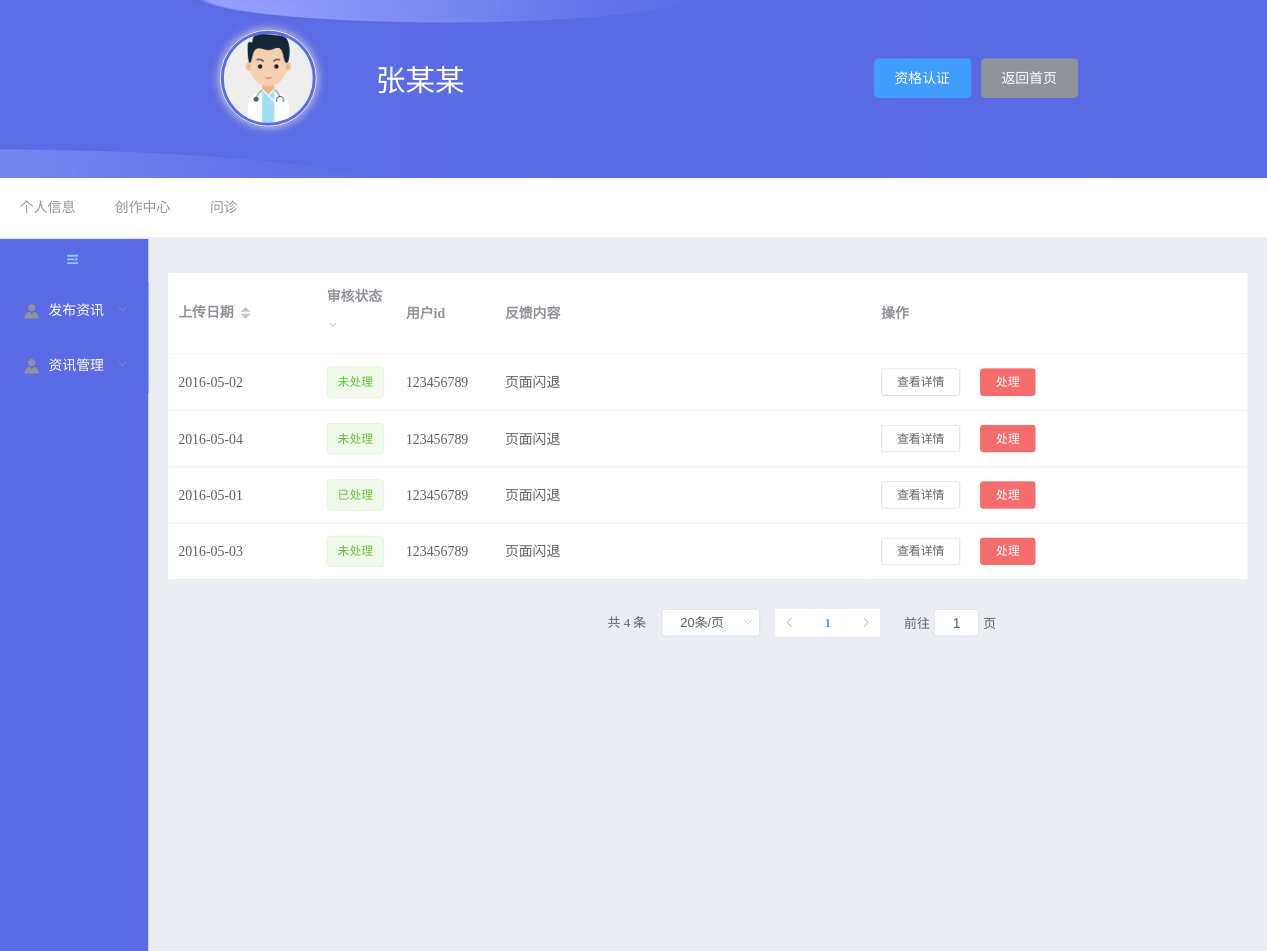
Repository: DiscreteL/SOA_Front
Page: /#/manageArticle
These files come from the project's save history. The page is drawn as it stood at one moment and after the next save; the edit follows.
The browser window is 1280 px wide. The pictures show the whole page, at 99% of full size.
The project was rebuilt for these pictures with package versions that can differ from the ones it lists, and the page was loaded fresh each time. Also part of the build but not shown: vue.config.js, src/components/navigation.vue, src/components/dialog.vue, src/views/news.vue, src/components/announcement.vue, src/components/patientKnow.vue, src/views/Home.vue, src/views/login.vue and 15 more.

Above is the page before, as saved 2021-11-29 12:36:32.

### src/main.js
import Vue from 'vue'
import App from './App.vue'
import router from './router'
import store from './store'
import ElementUI from 'element-ui';
import 'element-ui/lib/theme-chalk/index.css';
import instance_ from "@/utils/api";

Vue.use(ElementUI);

Vue.config.productionTip = false

Vue.prototype.instance = instance_

new Vue({
  router,
  store,
  render: h => h(App)
}).$mount('#app')

router.beforeEach((to, from, next) => {
  /* 路由发生变化修改页面title */
  if (to.meta.title) {
      document.title = to.meta.title
  }
  next()
})

### src/App.vue
<template>
  <div id="app">
    <router-view/>
  </div>
</template>

<style lang="less" scoped>
</style>

<script>
export default {
  name: 'app'
}
</script>

### src/utils/api.js
//输出通用axios实例
import axios from 'axios';
axios.defaults.withCredentials = false

const instance = axios.create({
  timeout: 10000,
   headers: {
    'Content-Type': "multipart/form-data;charset=utf-8",
  }
});

export default {
  //GqvbYer04485869e6b5acbed4ed10dfd79468f6d84577b1

   diseaseList (data) {
     return instance.get("https://api.apishop.net/common/disease/queryDiseaseList?apiKey=GqvbYer04485869e6b5acbed4ed10dfd79468f6d84577b1&page=1&pageSize=50", data);
   },
   diseaseInfo(data){
    return instance.get("https://api.apishop.net/common/disease/queryDiseaseInfo?apiKey=GqvbYer04485869e6b5acbed4ed10dfd79468f6d84577b1&diseaseID="+data);
   }


//   allUser () {
//     return instance.post('/api/user');
//   },
//   allProduct () {
//    return instance.post('/api/product')
//   },
//   upload (data) {
//     return instance.post('/api/upload',data)
//   },
//   regist (data){
//   	return instance.post('/api/createOrUpdateUser',data)
//   }
};

### src/views/doctor/messageCenter.vue
<template>
  <div class="home_container">
    <UserHomeNav2></UserHomeNav2>
    <!--页面主体区-->
    <el-container>
      <!--侧边栏-->
      <el-aside :width="isCollapse ? '64px' : '150px'">
        <div class="toggle-button" @click="toggleCollapse">
          <div v-if="this.isCollapse == true">
            <i class="el-icon-s-fold"></i>
          </div>
          <div v-else>
            <i class="el-icon-s-unfold"></i>
          </div>
        </div>
        <el-menu
          background-color="#5b6be5"
          text-color="#fff"
          active-text-color="#409EFF"
          :collapse="isCollapse"
          :collapse-transition="false"
          :router="true"
          :default-active="activePath"
        >
          <!-- :unique-opened="true"->只允许展开一个菜单 -->
          <!-- :collapse-transition="false" -> 关闭动画 -->
          <!-- router -> 导航开启路由模式 -->
          <el-submenu index="1">
          <!-- 一级菜单模板 -->
          <template slot="title">
            <i class="el-icon-s-custom"></i>
            <span>发布资讯</span>
          </template>
            <el-menu-item index="/uploadArticle" @click="saveNavState('/uploadArticle')">
              <i class="el-icon-date" style="color: #dcdcdc"></i>
              <span slot="title">发布文章</span>
            </el-menu-item>
            <el-menu-item index="/uploadVideo" @click="saveNavState('/uploadVideo')">
              <i class="el-icon-date" style="color: #dcdcdc"></i>
            <span slot="title">上传视频</span>
            </el-menu-item>
          </el-submenu>
          <el-submenu index="2">
          <!-- 一级菜单模板 -->
          <template slot="title">
            <i class="el-icon-s-custom"></i>
            <span>资讯管理</span>
          </template>
            <el-menu-item index="/manageArticle" @click="saveNavState('/manageArticle')">
              <i class="el-icon-date" style="color: #dcdcdc"></i>
              <span slot="title">文章管理</span>
            </el-menu-item>
            <el-menu-item index="/manageVideo" @click="saveNavState('/manageVideo')">
              <i class="el-icon-date" style="color: #dcdcdc"></i>
            <span slot="title">视频管理</span>
            </el-menu-item>
          </el-submenu>
        </el-menu>
      </el-aside>
      <!--右侧主体区-->
      <el-main>
        <router-view></router-view>
      </el-main>
    </el-container>
  </div>
</template>

<script>
import UserHomeNav2 from "@/components/userhomenav2.vue";

export default {
  name: "messageCenter",
  components: {
    UserHomeNav2,
  },
  data() {
    return {
      // 默认不折叠
      isCollapse: false,
      // 被激活导航地址
      activePath: "",
    };
  },
  created() {
    this.activePath = window.sessionStorage.getItem("activePath");
  },
  methods: {
    toggleCollapse() {
      this.isCollapse = !this.isCollapse;
    },
    saveNavState(activePath) {
      window.sessionStorage.setItem("activePath", activePath);
      this.activePath = activePath;
    },
  },
};
</script>

<style lang="less" scoped>
html,
body {
  width: 100%;
  height: 100%;
  margin: 0px;
  padding: 0px;
}
.home_container{
    height: 100vh;
}
.el-container{
    height: 100%;
}
.el-aside {
  background-color: #5b6be5;
  .el-menu {
    border-right: none;
  }
}
.el-main {
  background-color: #eaedf1;
}
.toggle-button {
  background-color: #5b6be5;
  font-size: 15px;
  line-height: 24px;
  color: #87cefa;
  text-align: center;
  letter-spacing: 0.2em;
  cursor: pointer;
  padding: 10px;
}
.logo_box {
  height: 60px;
  width: 60px;
  border: 5px #53868b;
  border-radius: 50%; /* 圆角 */
  position: relative;
  margin: 30px;
}
.port_box img {
  width: 100%;
  height: 100%;
  border-radius: 50%; /* 圆角 */
  background-color: #53868b;
}
</style>

### src/views/doctor/message/manageArticle.vue
<template>
  <div class="reportForm">
    <div class="form" style="margin-top: 15px">
      <el-table
        ref="filterTable"
        :data="
          tableData.slice((currentPage - 1) * pageSize, currentPage * pageSize)
        "
        style="width: 100%"
      >
        <el-table-column
          prop="date"
          label="上传日期"
          sortable
          width="150"
          column-key="date"
        >
        </el-table-column>
        <el-table-column
          prop="status"
          label="审核状态"
          width="80"
          :filters="[
            { text: '等待审核', value: '等待审核' },
            { text: '通过审核', value: '通过审核' },
            { text: '未通过审核', value: '未通过审核' },
          ]"
          :filter-method="filterStatus"
          filter-placement="bottom-end"
        >
          <template slot-scope="scope">
            <el-tag
              :type="scope.row.status === '未通过审核' ? 'warning' : 'success'"
              disable-transitions
            >
              {{ scope.row.status }}
            </el-tag>
          </template>
        </el-table-column>
        <el-table-column prop="id" label="用户id" width="100">
        </el-table-column>
        <el-table-column
          prop="content"
          label="反馈内容"
          :show-overflow-tooltip="true"
        >
        </el-table-column>
        <el-table-column label="操作">
          <el-button size="mini" @click="dialogTableVisible = true"
            >查看详情</el-button
          >
          <el-dialog title="反馈信息" :visible.sync="dialogTableVisible">
            <el-descriptions direction="vertical" :column="4" border>
              <el-descriptions-item label="用户id">123456789</el-descriptions-item>
              <el-descriptions-item label="反馈时间">2016-05-02</el-descriptions-item>
              <el-descriptions-item label="反馈内容"
                >页面闪退</el-descriptions-item
              >
              <el-descriptions-item label="处理结果"
                >NULL</el-descriptions-item
              >
            </el-descriptions>
          </el-dialog>
          <el-button
            size="mini"
            type="danger"
            style="margin-left: 20px"
            @click="dialogFormVisible = true"
            >处理</el-button
          >
          <el-dialog title="反馈处理" :visible.sync="dialogFormVisible">
            <el-form :model="form">
              <el-form-item label="处理结果" :label-width="formLabelWidth">
                <el-input v-model="form.reply" autocomplete="off"></el-input>
              </el-form-item>
            </el-form>
            <div slot="footer" class="dialog-footer">
              <el-button @click="dialogFormVisible = false">取 消</el-button>
              <el-button type="primary" @click="dialogFormVisible = false">确 定</el-button>
            </div>
          </el-dialog>
        </el-table-column>
      </el-table>
    </div>
    <div class="block">
      <el-pagination
        align="center"
        @size-change="handleSizeChange"
        @current-change="handleCurrentChange"
        :current-page="currentPage"
        :page-sizes="[1, 5, 10, 20]"
        :page-size="pageSize"
        layout="total, sizes, prev, pager, next, jumper"
        :total="tableData.length"
      >
      </el-pagination>
    </div>
  </div>
</template>

<script>
export default {
  data() {
    return {
      tableData: [
        {
          date: "2016-05-02",
          status: "未处理",
          id: '123456789',
          content: '页面闪退'
        },
        {
          date: "2016-05-04",
          status: "未处理",
          id: '123456789',
          content: '页面闪退'
        },
        {
          date: "2016-05-01",
          status: "已处理",
          id: '123456789',
          content: '页面闪退'
        },
        {
          date: "2016-05-03",
          status: "未处理",
          id: '123456789',
          content: '页面闪退'
        },
      ],
      dialogTableVisible: false,
      dialogFormVisible: false,
      currentPage: 1, // 当前页码
      total: 20, // 总条数
      pageSize: 20, // 每页的数据条数
      form: {
          reason: '',
          region: 0,
          delivery: false
        },
        formLabelWidth: '120px'
    };
  },
  methods: {
    filterHandler(value, row, column) {
      const property = column["property"];
      return row[property] === value;
    },
    filterStatus(value, row) {
      return row.status === value;
    },
    //每页条数改变时触发 选择一页显示多少行
    handleSizeChange(val) {
      console.log(`每页 ${val} 条`);
      this.currentPage = 1;
      this.pageSize = val;
    },
    //当前页改变时触发 跳转其他页
    handleCurrentChange(val) {
      console.log(`当前页: ${val}`);
      this.currentPage = val;
    },
  },
};
</script>

<style scoped>
.reportForm {
  width: 100%;
  display: flex;
  flex-direction: column;
}
.form {
  float: left;
  width: 100%;
}
.el-table .warning-row {
  background: oldlace;
}

.el-table .success-row {
  background: #f0f9eb;
}
.block {
  float: left;
  width: 100%;
  position: fixed;
  bottom: 75px;
}
</style>

### src/components/userhomenav2.vue
<template>
  <div class="container">
    <div class="head">
      <div class="background">
        <img src="@/assets/back.jpg" alt="" width="100%" height="100%" />
      </div>
      <div class="headmain">
        <div class="left">
          <!-- 头像部分 -->
          <div class="port_box">
            <img src="../assets/docPort.png" />
          </div>

          <!-- 个人信息部分 -->
          <div
            class="Info"
            style="color: white; font-size: 30px; font-family: 宋体"
          >
            {{ userName }}<br />
          </div>
        </div>
        <div>
            <el-button type="primary" @click="certify">资格认证</el-button>
          <el-button type="info" @click="returnhome">返回首页</el-button>
        </div>
      </div>
    </div>
    <div class="navBar">
      <el-menu
        :default-active="this.$route.path"
        class="el-menu-demo"
        router
        mode="horizontal"
        active-text-color="#409EFF"
      >
        <el-menu-item v-for="(item, i) in navList" :key="i" :index="item.name">
          {{ item.navItem }}
        </el-menu-item>
      </el-menu>
    </div>
    <div></div>
  </div>
</template>

<script>
export default {
  name: "UserHomeNav2",
  data() {
    return {
      //   userID: window.sessionStorage.getItem("id"),
      userName: "张某某",
      navList: [
        { name: "/userHome2", navItem: "个人信息" },
        { name: "/messageCenter", navItem: "创作中心" },
        { name: "/consult", navItem: "问诊" },
        // { name: "/help", navItem: "帮助中心" },
      ],
    };
  },
  methods: {
    returnhome(){
      this.$router.push("/home");
    },
    certify(){

    }
  },
};
</script>

<style scoped>
.head {
  height: 180px;
  width: 100%;
}
.background {
  width: 100%;
  height: 180px;
  z-index: -1;
  position: absolute;
}
.headmain {
  display: flex;
  justify-content: space-around;
  align-items: center;

}
.left {
  display: flex;
  align-items: center;
}
.port_box {
  height: 90px;
  width: 90px;
  border: 1px solid #eee;
  border-radius: 50%; /* 圆角 */
  padding: 3px; /*图片和边框之间的间距 */
  box-shadow: 0 0 10px #ddd; /*阴影 */
  position: relative;
  margin: 30px;
}
.port_box img {
  width: 100%;
  height: 100%;
  border-radius: 50%; /* 圆角 */
  background-color: #eee;
}

.Info {
  text-align: left;
  font: 15px "Microsoft YaHei";
  margin: 30px;
  position: relative;
}
</style>

### src/axios/url.js
import patient from './modules/patient';
import alluser from './modules/alluser';
import doctor from './modules/doctor';
import admin from './modules/admin';
export default {
    patient,
    alluser,
    doctor,
    admin,
};

### src/axios/request.js
import axios from './axios';
export default {
  // get请求
  get(url, param) {
    return new Promise((resolve, reject) => {
      axios({
        method: 'get',
        url,
        params: param
      })
        .then((res = {}) => {
          if (res.code !== '200') reject(res);
          resolve(res);
        })
        .catch(_ => {
          reject(_)});
    });
  },
  // post请求
  post(url, param) {
    return new Promise((resolve, reject) => {
      axios({
        method: 'post',
        url,
        data: param,
      })
        .then((res = {}) => {
          if (res.code !== '200') reject(res);
          resolve(res);
        })
        .catch(_ => reject(_));
    });
  },
};

### src/axios/modules/patient.js
export default {
    getDocListData:'/Patient/GetDoctorList',
    getDrugData:'/Patient/GetDrugInforList',
    getHosData:'/Patient/GetHospitalList',
    getNoticeData:'/Patient/GetNoticeList',
    getDiseaseData:'/Patient/GetDiseaseList',
    patientLogin:'/Patient/Login',
    doctorLogin:'/Doctor/Login',
    patientRegister:'/Patient/Register',
    doctorRegister:'/Doctor/Register',
    postReservationData:'/Patient/PostReservation',
    sendAcidForm:'/Patient/PostAppOfNuc',
    sendOffineReservation:'/Patient/PostOfflineApp',
    getCart:'/Patient/GetCart',
    clearCart:'/Patient/EmptyCart',
    addCart:'/Patient/AddDrug',
    getDocInfoData:'/Patient/GetDoctor',
    getDrugsIncludedListData:'/Patient/GetIncludeList',
    postRateData:'/Patient/PostRating',
    getPreData:'/Patient/GetPre',
    getDiseaseListData:'/Patient/GetDiseaseList',//存在重复
    getDepartmentListData:'/Patient/GetDepartmentList',//存在重复
    getPatientInfo:'/Patient/GetPatiInfor',
    postAutoAddData:'/Patient/AutoAddDrug',
    getDrugListData:'/Patient/GetDrugInforList',//存在重复
    getLocalImg:'/Patient/GetImg',
    getNAT:'/Patient/GetAppsOfNuc',
    postNoticeData:'/Admin/PostNotice',
    deleteNotice:'/Admin/DeleteNotice',
    getPaiIno:'/Patient/GetPatient',
    getOfflineApp:'/Patient/GetOfflineAppList',
    getReservations:'/Patient/GetReservations',
    getPatiBMI:'/Patient/GetPatiInfor',
    getHospital:'/Patient/GetHospital',
    getPreData:'/Patient/GetPre',
    postPaiIno:'/Patient/ModInfor',
    postUpdateReservation:'Patient/UpdateReservation',
    postRectifyOfflineApp:'/Patient/RectifyOfflineApp',
    postRectifyNucleicApp:'/Patient/RectifyNucleicApp',
    updateReservationData:'/Patient/UpdateReservation',
    getDoctorData:'/Doctor/GetDoctor',
    getRecordsData:'/Doctor/GetReservationLists',
    getCompletedRecordsData:'/Doctor/GetRecords'
  };

### src/axios/modules/alluser.js
export default{
    sendChatMes:'/Base/PostChat',
    getChatMes:'/Base/GetChat'
};

### src/axios/modules/doctor.js
export default {
    getPatientInfoData:'/Doctor/GetPatient',
    postPreData:'/Doctor/PostPre',
    postMedicineIncludedData:'/Doctor/PostInclude',
    postReportData:'/Doctor/PostReport',
    getDocIno:'/Doctor/GetDoctor',
};

### src/axios/modules/admin.js
export default {
    getReportListData:'/Admin/GetReportForms',
    getNoticeListData:'/Admin/GetNoticeList',
    postNoticeData:'/Admin/PostNotice'
}

### src/axios/axios.js
import axios from 'axios';
import router from '../router';
import Vue from 'vue';
import qs from 'qs';
//import store from '../store/index';

//import Storage from '../utils/storages';


// 错误状态码处理提示
class MessageTip extends Vue {
  static messageTipInstance = null;
  messageTip = null;

  static instance() {
    if (!this.messageTipInstance) {
      this.messageTipInstance = new MessageTip();
    }
    this.messageTipInstance;
  }

  // 提示信息
  msgInfo(msg) {
    this.messageTip && this.messageTip.close();
    this.messageTip = this.$message({
      showClose: true,
      message: msg,
      type: 'error',
      center: true
    });
  }

  // 错误信息
  errorInfo(errorCode) {
    this.messageTip && this.messageTip.close();
    let msg = '';
    switch (errorCode) {
      case '400':
        msg = '请求错误';
        break;
      case '401':
        msg = '登录会话过期，请重新登录';
        break;
      case '403':
        msg = '拒绝访问';
        break;
      case '404':
        msg = '请求地址出错';
        break;
      case '408':
        msg = '请求超时';
        break;
      case '500':
        msg = '服务器内部错误';
        break;
      case '501':
        msg = '服务器未实现';
        break;
      case '502':
        msg = '网络错误';
        break;
      case '503':
        msg = '服务不可用';
        break;
      case '504':
        msg = '网关超时';
        break;
      case '505':
        msg = 'HTTP版本不受支持';
        break;
    }
    this.messageTip = this.$message({
      showClose: true,
      message: msg,
      type: 'error',
      center: true
    });
  }
}

const messageTip = new MessageTip();

axios.defaults.headers.post['Content-Type'] = 'application/json';

axios.defaults.withCredentials = true;
axios.defaults.baseURL = '/api';
axios.defaults.timeout = 5000;
// 请求拦截器
axios.interceptors.request.use(
  config => {
    if(config.method === 'post') {
      config.data = qs.stringify(config.data)
      config.url += '?' + config.data
    }
    else {
      config.params = qs.stringify(config.params)
      config.url += '?' + config.params
    }
    //config.headers.token = localStorage.getItem('$token_info');
    return config;
  },
  error => {
    return Promise.reject(error);
  }
);

// 响应拦截器
axios.interceptors.response.use(
  response => {
    response.data = {
      result:response.data,
      code:`${response.status}`
    }
    if (response && response.data && response.data.code !== '200') {
      response.data.msg && messageTip.msgInfo(response.data.msg);
      console.log(response)
      return Promise.reject(response.data);
    }
    return response.data;
  },
  error => {
    console.log(error)
    console.log(error.response)
    if (
      error &&
      error.response &&
      error.response.status &&
      messageTip.errorInfo(error.response.status)
    ) {
      return Promise.reject(error);
    }
  }
);
export default axios;

Loaded but not shown: public/index.html (common file); src/store/index.js (common file); src/router/index.js (235 lines, source omitted); src/service/userService.js (198 lines, source omitted)

After the next save:
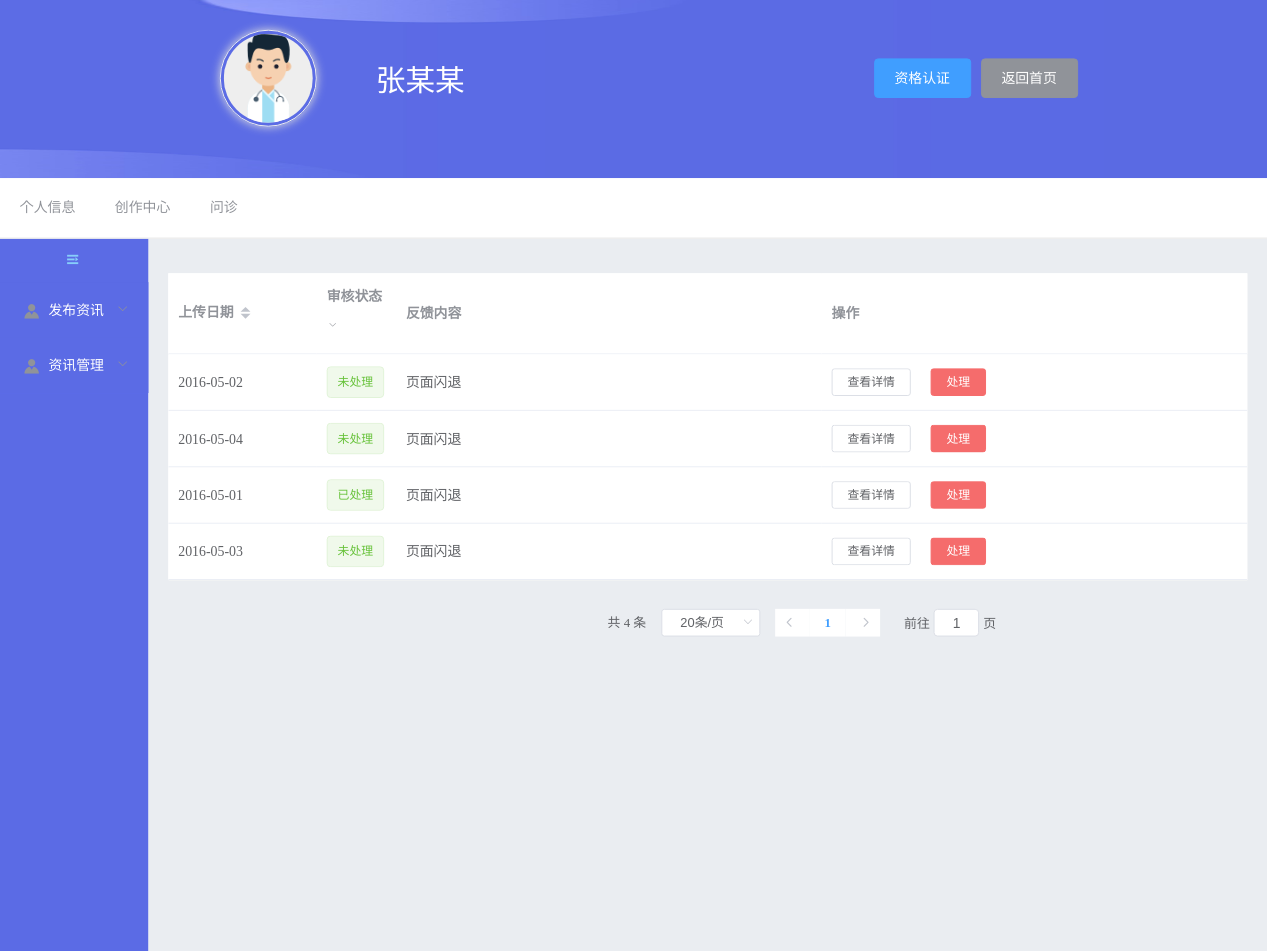
Saved 32 s later.
--- a/src/views/doctor/message/manageArticle.vue
+++ b/src/views/doctor/message/manageArticle.vue
@@ -36,8 +36,6 @@
               {{ scope.row.status }}
             </el-tag>
           </template>
-        </el-table-column>
-        <el-table-column prop="id" label="用户id" width="100">
         </el-table-column>
         <el-table-column
           prop="content"
